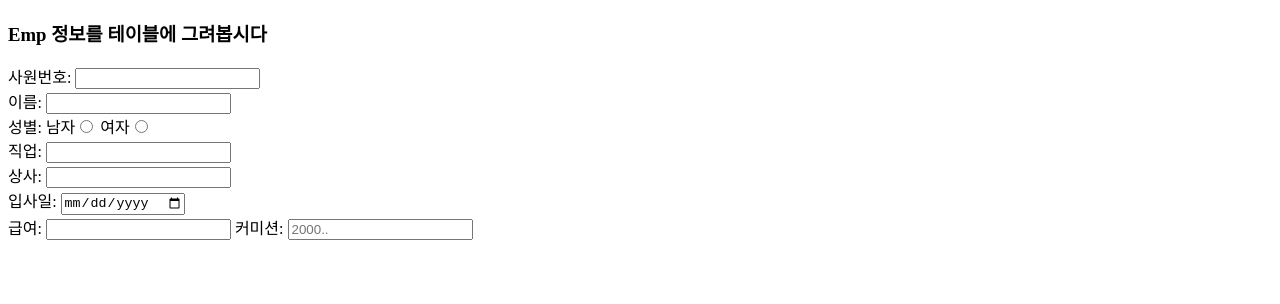
Repository: YeonHaw/jsp
Page: JSPBasic/src/main/webapp/HTML/Quiz01.html
The author's editor kept a copy of each file at every save. The page is drawn from the files as they stood at one save, then again after the next save.
The browser window is 1280 px wide. The pictures show the whole page.

Above is the page before, as saved 2023-12-27 05:28:09.

After the next save:
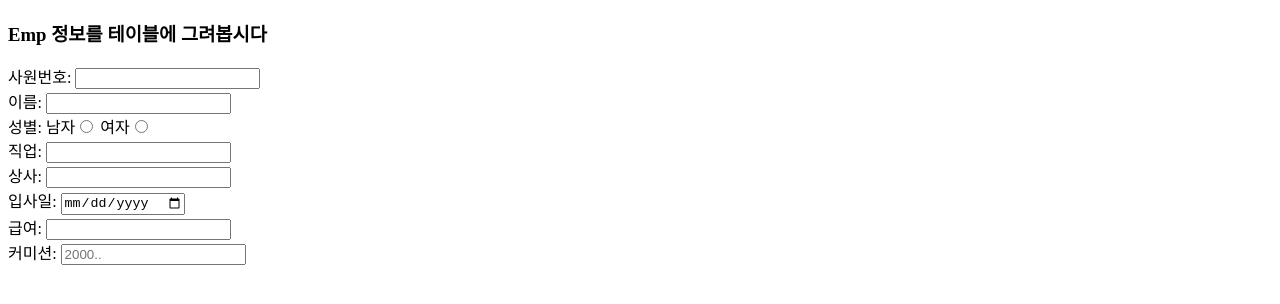
Saved 11 s later.
--- a/JSPBasic/src/main/webapp/HTML/Quiz01.html
+++ b/JSPBasic/src/main/webapp/HTML/Quiz01.html
@@ -17,8 +17,9 @@
 	직업: <input type="text" name="job"><br>
 	상사: <input type="number" name="master" size="2" maxlength="4"><br>
 	입사일: <input type="date" name="hire" size="30" placeholder="2012-01-01"><br>
-	급여: <input type="number" name="salary">
-	커미션: <input type="number" name="commition" placeholder="2000..">
+	급여: <input type="number" name="salary"><br>
+	커미션: <input type="number" name="commition" placeholder="2000.."><br>
+
 </form>
 
 </body>
